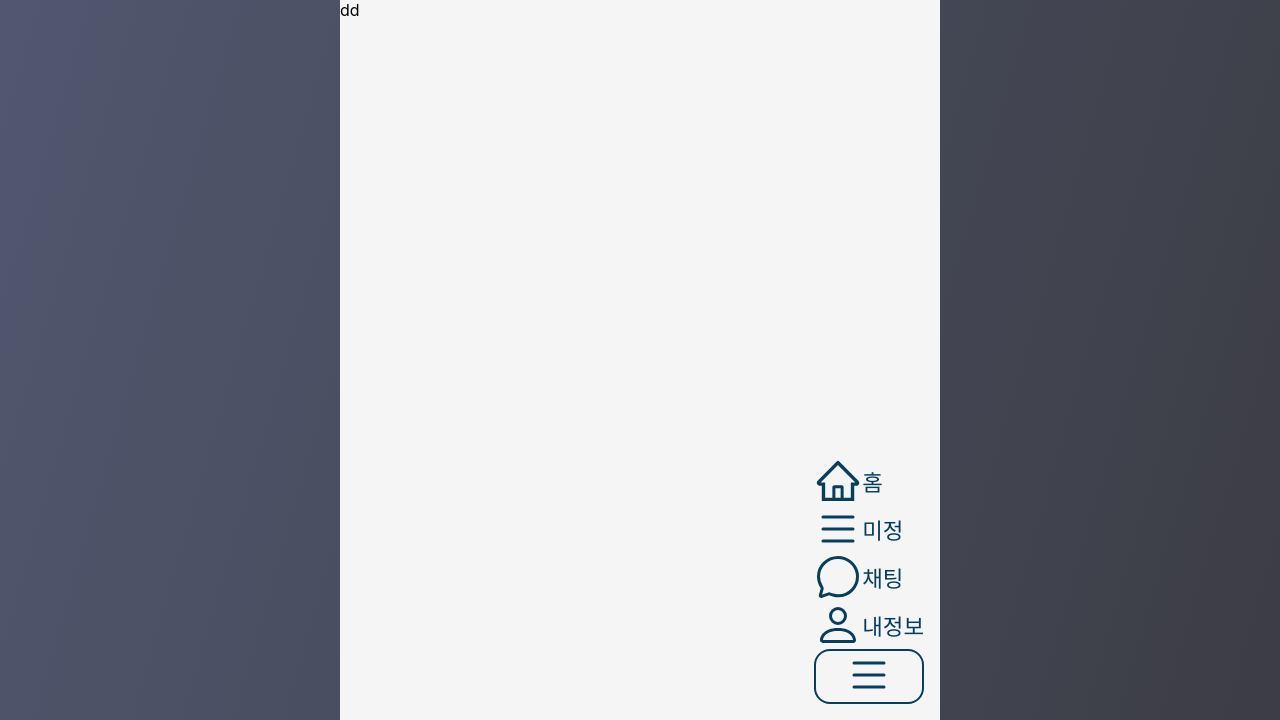
Repository: SeungYn/hanium
Page: /
The author's editor kept a copy of each file at every save. The page is drawn from the files as they stood at one save, then again after the next save.
The browser window is 1280 px wide. The pictures show the whole page.
The project was rebuilt for these pictures with package versions that can differ from the ones it lists, and the page was loaded fresh each time. Also part of the build but not shown: src/App.css, src/components/ReadPopup/ReadPopup.module.css, src/components/ReadPopup/ReadPopup.jsx, src/pages/login/Login.jsx.

Above is the page before, as saved 2022-10-26 23:44:37.

After the next save:
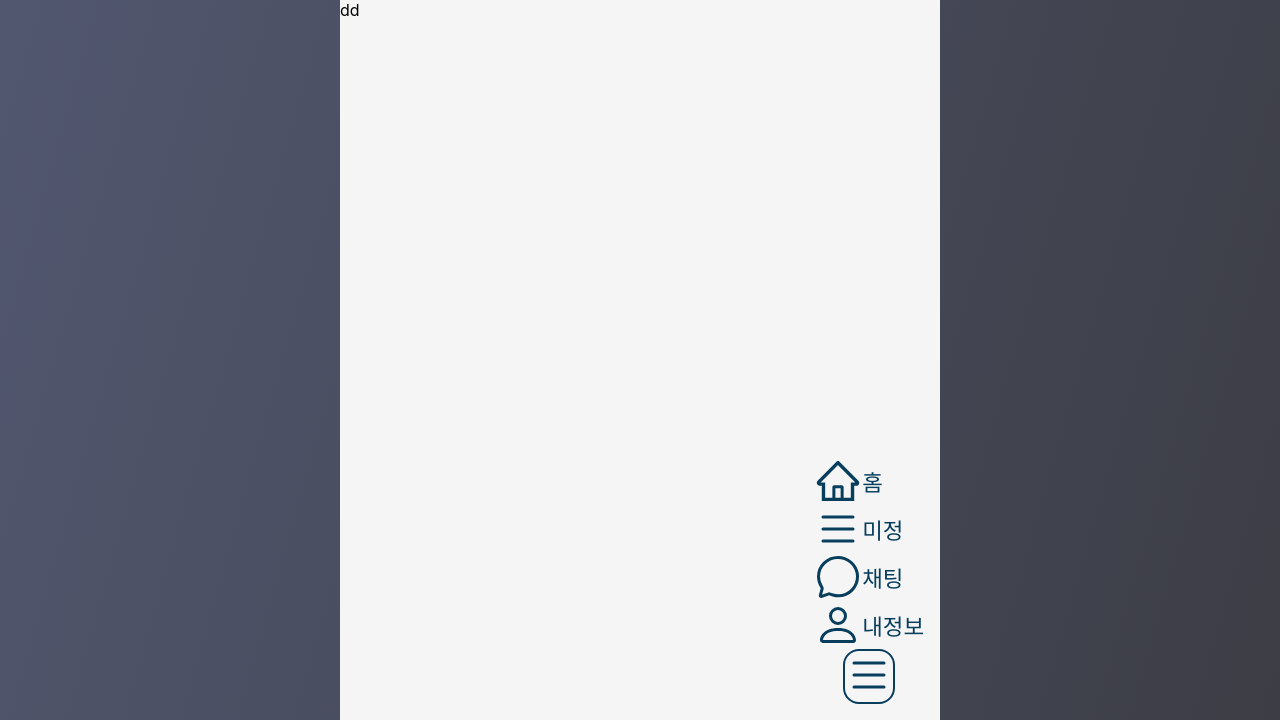
Saved 2 min 32 s later.
--- a/src/components/Navbar/Navbar.module.css
+++ b/src/components/Navbar/Navbar.module.css
@@ -6,6 +6,7 @@
   text-align: center;
   display: flex;
   flex-direction: column;
+  align-items: center;
 }
 
 .link {
@@ -40,7 +41,6 @@
 
 .btn {
   padding: 0;
-  flex-grow: 1;
 }
 
 /* @keyframes listUp {
